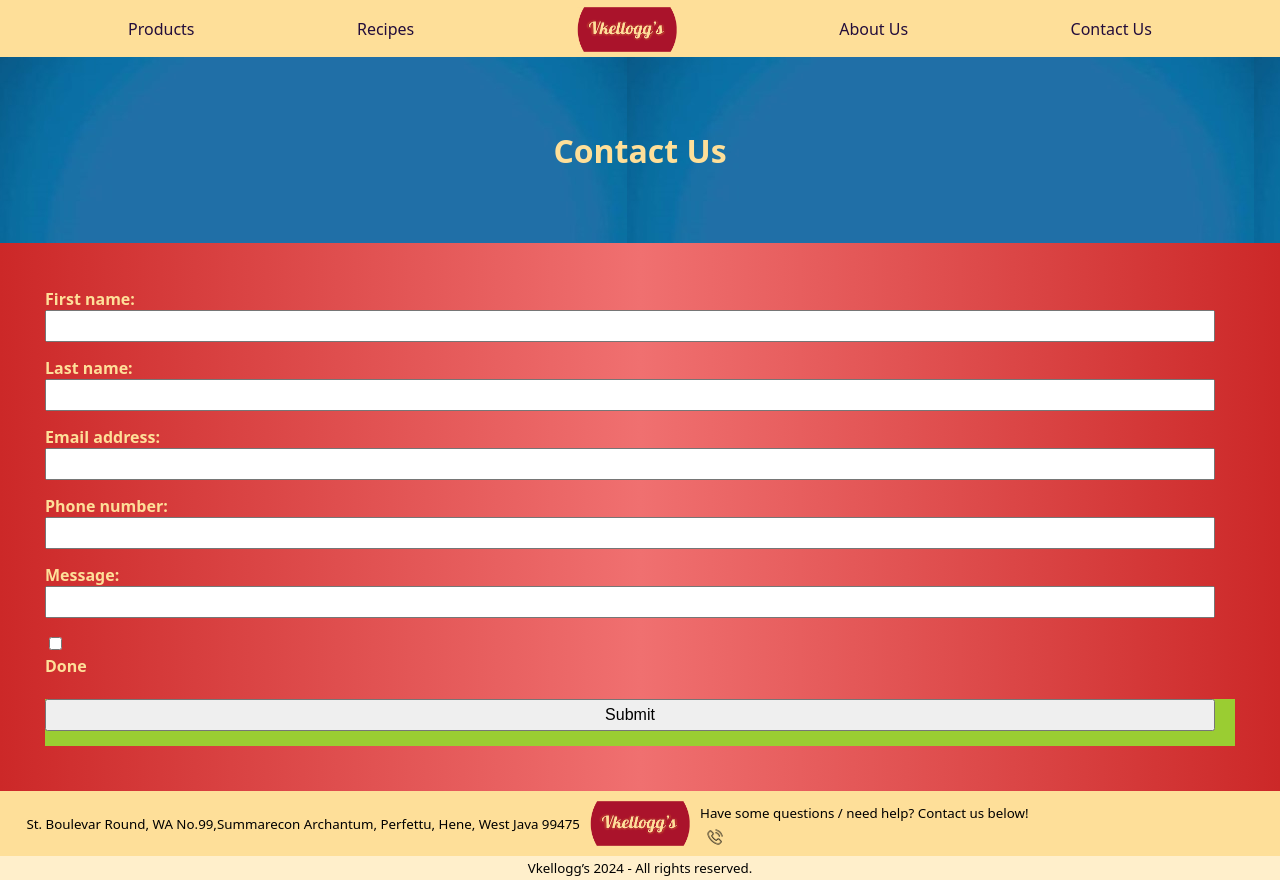
Repository: sugralld/VKelloggs
Page: Code and Assets/html/contactus.html
The author's editor kept a copy of each file at every save. The page is drawn from the files as they stood at one save, then again after the next save.
The browser window is 1280 px wide. The pictures show the whole page.

Above is the page before, as saved 2024-12-03 21:20:26.

### Code and Assets/html/contactus.html
<!DOCTYPE html>
<html lang="en">
<head>
    <meta charset="UTF-8">
    <meta name="viewport" content="width=device-width, initial-scale=1.0">
    <title>Contact Us | Vkellogg's</title>
    <link rel="stylesheet" href="../css/headerfooternavbar.css">
    <link rel="stylesheet" href="../css/contactus.css">
</head>
<body>
    <!-- header navigation -->
    <header>
        <nav>
            <div class="navbar-menu">
                <div><a class="navbar-link1" href="../html/products.html">Products</a></div>
                <div><a class="navbar-link2" href="../html/recipes.html">Recipes</a></div>
                <div class="navbar-link3"><a href="../html/homepage.html"><img src="../asset/Screenshot 2024-05-30 105858.png" width="100" height="45" alt=""></a></div>
                <div><a class="navbar-link4" href="../html/aboutus.html">About Us</a></div>
                <div><a class="navbar-link5" href="../html/contactus.html">Contact Us</a></div>
            </div>
        </nav>
    </header>

    <!-- Header Contact Us -->
    <div class="header">
        <h1>Contact Us</h1>
    </div>

    <!-- Form Contact Us -->
     <div class="form">
        <form action="" method = "post">
            <label for="firstname">First name: </label>
            <input type="text" name="firstname" id="firstname">
            <br>

            <label for="lastname">Last name: </label>
            <input type="text" name="lastname" id="lastname">
            <br>

            <label for="email">Email address: </label>
            <input type="text" name="email" id="email">
            <br>

            <label for="phonenum">Phone number: </label>
            <input type="text" name="phonenum" id="phonenum">
            <br>

            <label for="message">Message: </label>
            <input type="text" name="message" id="message">
            <br>
            <div class="checkbox">
                <input type="checkbox" name="agreement" id="agreement">
                <label for="agreement">Done</label>
            </div>
            <br>
            <div class="button-container">
                <button type="button" onclick="validateData()">Submit</button>
            </div>
        </form>
        <script src="../js/contactus.js"></script>
     </div>

     <!-- Footer -->
    <footer class="footer">
        <div class="upperfooter">
            <div class="footert1"><p>St. Boulevar Round, WA No.99,Summarecon Archantum, Perfettu, Hene, West Java 99475</p></div>
            <div class="footert2"><img src="../asset/Screenshot 2024-05-30 105858.png" width="100" height="45" alt=""></div>
            <div class="footert3">
                <p class="footert4">Have some questions / need help? Contact us below!</p>
                <a href="../html/contactus.html"><img src="../asset/image-removebg-preview (27).png" width="30" height="auto" alt=""></a>
            </div>
        </div>
        <div class="lowerfooter">
            <p class="textlowerfooter">Vkellogg’s 2024  -  All rights reserved.
            </p>
        </div>
     </footer>

</body>
</html>

### Code and Assets/css/headerfooternavbar.css
body {
    margin: 0;
    font-family: system-ui;
}

.navbar-menu{
    display: flex;
    justify-content: space-between;
    align-items: center;
    padding: 0px 10%;
    background-color: #FEDF99;
}

a:hover{
    background-color: #F5F5F5;
    border-radius: 30px;
    color: #CC2828;
}

.navbar-link1,.navbar-link2,.navbar-link4,.navbar-link5{
    font-family: system-ui;
    font-weight: 500;
    text-decoration: none;
    color: #230D3B;
}

.navbar-link3{
    display: block;
    margin-top: 0.7%;
    margin-bottom: 0px;
}

.footer{
    position: bot;
}

.upperfooter{
    display: flex;
    background-color: #FEDF99;
    justify-content: center;
    align-items: center;
}

.footert1,.footert3{
    padding: 0px 10px;
    display: block;
    width: 1200px;
    font-size: smaller;
}

.footert1{
    text-align: right;
}

.footert3{
    text-align: left;
}

.footert2{
    margin-top: 4px;
}

.lowerfooter{
    background-color: #FFEFCB;
    padding: 0;
    margin: 0px;
}

.textlowerfooter{
    margin: 0;
    padding: 3px;
    font-size: smaller;
    text-align: center;
}

.footert4{
    margin-bottom: 0;
}

### Code and Assets/css/contactus.css
.header{
    background-image: url(../asset/copydesktop-wallpaper-kellogg-s-frosted-flakes-breakfast-cereal-original-33-5-oz-box.jpg);
    display: block;
    padding: 50px;
    text-align: center;
    color: #FEDF99;
}

.form{
    background: linear-gradient(0.25turn,#CC2828,#F07070,#CC2828);
    padding: 45px;
    font-weight: bold;
    color: #FEDF99;
}

.form label{
    display: block;
}

.form input[type="text"],
.form button {
    width: calc(100% - 20px);
    max-width: 100%; /* Mencegah input melampaui layar */
    margin: 0 auto 15px; /* Jarak antar elemen */
    padding: 5px; /* Tambahkan padding untuk kenyamanan pengguna */
    box-sizing: border-box; /* Termasuk padding dalam perhitungan lebar */
    font-family: Arial, sans-serif; /* Ubah font */
    font-size: 16px;
}

.form .checkbox-container{
    display: flex;
}

.form .button-container{
    background-color: yellowgreen;
    padding: 0;
    margin: 0;
}

### Code and Assets/js/contactus.js
function wordLen(str) {
    const value = str.trim().split(/\s+/);
    return value.length;
}

function checkAlphaNum(password){
    var isAlpha = false;
    var isNum = false;
    for(let i=0; i<password.length; i++){
        if(isNaN(password[i])){
            isAlpha = true;
        }
        else{
            isNum = true;
        }

        if(isAlpha || isNum){
            return true;
        }
    }
    return false;
}


function validateData(){
    var firstname = document.getElementById("firstname");
    var lastname = document.getElementById("lastname");
    var email = document.getElementById("email");
    var phonenum = document.getElementById("phonenum");
    var message = document.getElementById("message");
    var agreement = document.getElementById("agreement");

    if(!checkAlphaNum(firstname.value)){
        alert("First name must be alphabet!");
    }
    else if(!checkAlphaNum(lastname.value)){
        alert("Last name must be alphabet!");
    }
    else if(!email.value.endsWith("@gmail.com")){
        alert("Email must end with '@gmail.com'!");
    }
    else if(!checkAlphaNum(phonenum.value)){
        alert("Phone number must be numeric!");
    }
    else if(wordLen(message.value)<5){
        alert("Message must be at least 5 words!");
    }
    else if(!agreement.checked){
        alert("'Done' checkbox must be checked!");
    }
    else{
        alert("Message Submitted.");
    }

}

After the next save:
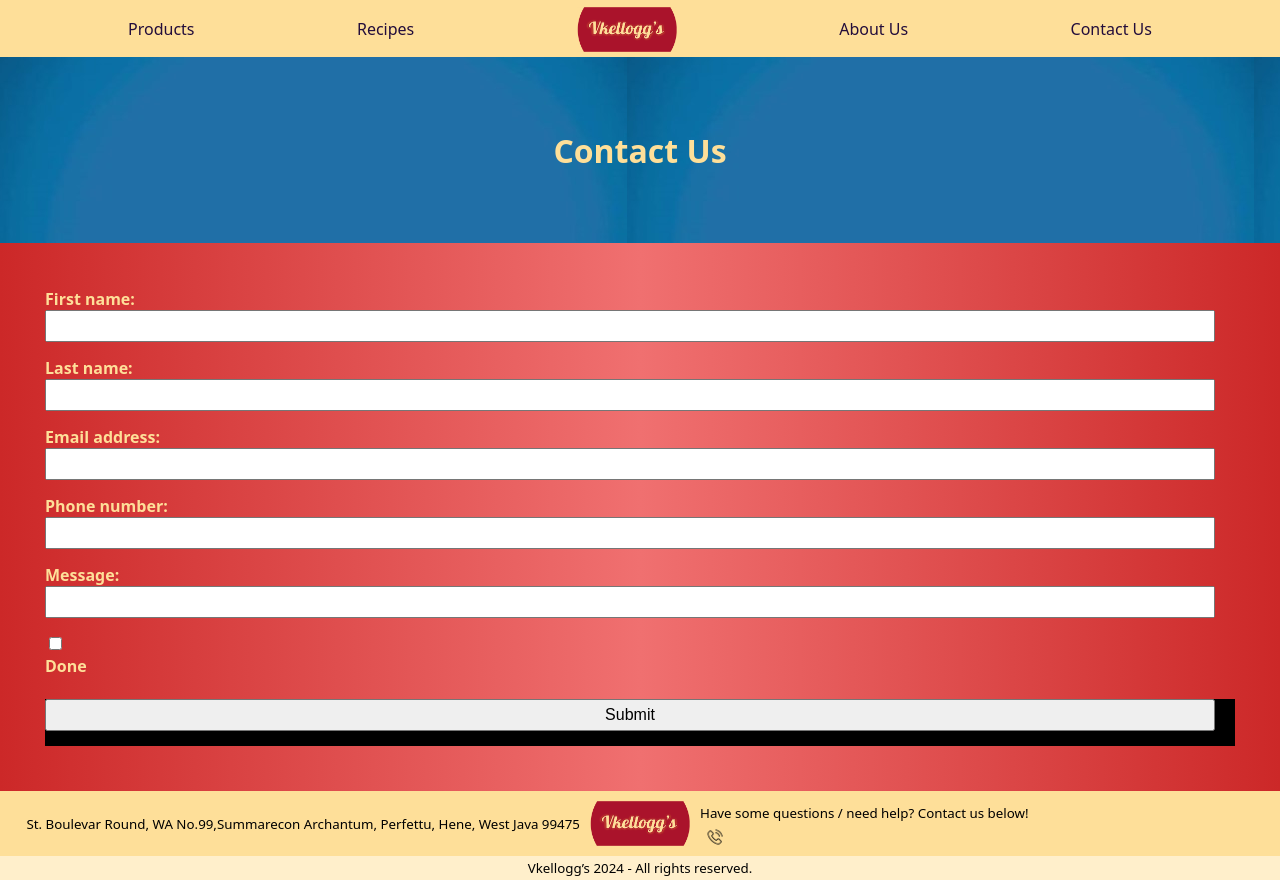
Saved 62 s later.
--- a/Code and Assets/css/contactus.css
+++ b/Code and Assets/css/contactus.css
@@ -33,7 +33,7 @@
 }
 
 .form .button-container{
-    background-color: yellowgreen;
+    background-color: black;
     padding: 0;
     margin: 0;
 }
